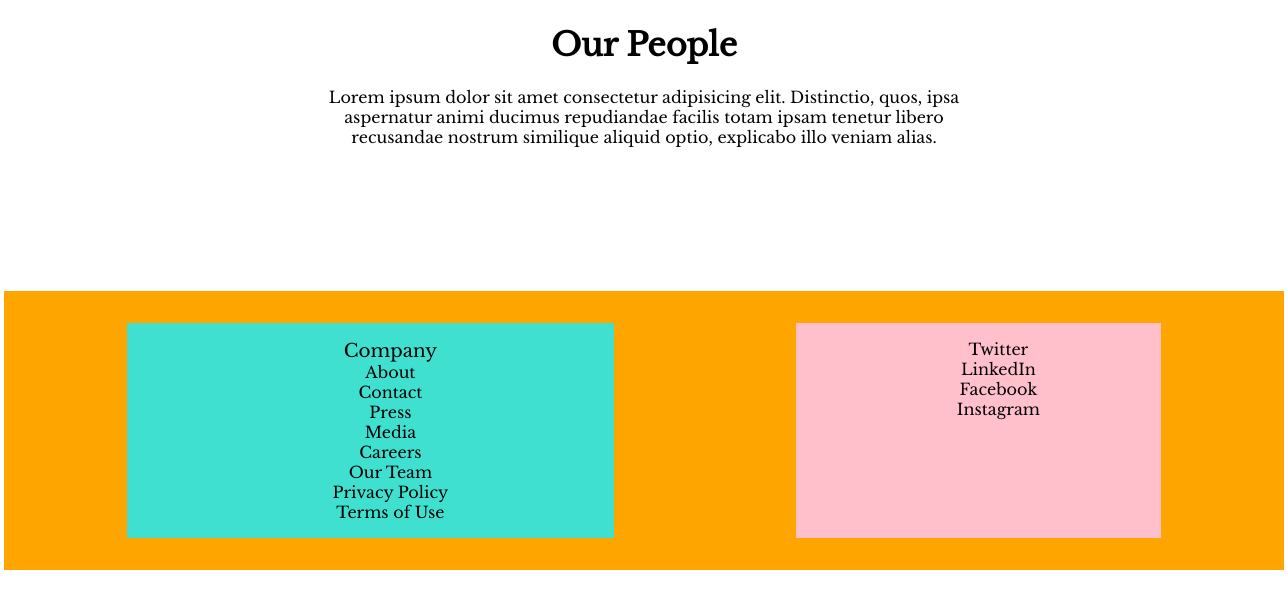
Repository: Tsardines/app
Page: / (app in my-app/)
The author's editor kept a copy of each file at every save. The page is drawn from the files as they stood at one save, then again after the next save.
The browser window is 1280 px wide. The page is 1288 px wide, so the pictures cover 1288 px, including what lies to the right of the window. The pictures show the whole page.
The page's requests for data from a server got no answer. The project was rebuilt for these pictures with package versions that can differ from the ones it lists, and the page was loaded fresh each time. No one was signed in, and anything a server would have sent is missing.

Above is the page before, as saved 2018-11-14 19:12:01.

### my-app/public/index.html
<!DOCTYPE html>
<html lang="en">
  <head>
    <meta charset="utf-8">
    <meta name="viewport" content="width=device-width, initial-scale=1, shrink-to-fit=no">
    <meta name="theme-color" content="#000000">
    <!--
      manifest.json provides metadata used when your web app is added to the
      homescreen on Android. See https://developers.google.com/web/fundamentals/web-app-manifest/
    -->
    <link rel="manifest" href="%PUBLIC_URL%/manifest.json">
    <link href="https://fonts.googleapis.com/css?family=Libre+Baskerville" rel="stylesheet">
    <!--
      Notice the use of %PUBLIC_URL% in the tags above.
      It will be replaced with the URL of the `public` folder during the build.
      Only files inside the `public` folder can be referenced from the HTML.

      Unlike "/favicon.ico" or "favicon.ico", "%PUBLIC_URL%/favicon.ico" will
      work correctly both with client-side routing and a non-root public URL.
      Learn how to configure a non-root public URL by running `npm run build`.
    -->
    <title>React App</title>
  </head>
  <body>
    <noscript>
      You need to enable JavaScript to run this app.
    </noscript>
    <div id="root"></div>
    <!--
      This HTML file is a template.
      If you open it directly in the browser, you will see an empty page.

      You can add webfonts, meta tags, or analytics to this file.
      The build step will place the bundled scripts into the <body> tag.

      To begin the development, run `npm start` or `yarn start`.
      To create a production bundle, use `npm run build` or `yarn build`.
    -->
  </body>
</html>

### my-app/src/index.css
body {
  margin: 0;
  padding: 0;
  font-family: 'Libre Baskerville', serif;
  -webkit-font-smoothing: antialiased;
  -moz-osx-font-smoothing: grayscale;
}

code {
  font-family: source-code-pro, Menlo, Monaco, Consolas, "Courier New",
    monospace;
}

### my-app/src/App.js
import React, { Component } from 'react';

import Footer from './components/Footer.js';
import './App.css';

class App extends Component {
  constructor(props) {
    super(props);

    this.state = {
      items: []
    };
    this.componentWillMount = this.componentWillMount.bind(this);
  }

  componentWillMount() {
    fetch('https://api.myjson.com/bins/vz2rm')
    .then(res => res.json())
    .then(data => {
      this.setState({ items: data });
    });
  }


  render() {

    const { items } = this.state;

    return (
      <div className="App">

      <span className="our-people"><h1>Our People</h1></span>
      <span className="intro"><p>Lorem ipsum dolor sit amet consectetur adipisicing elit. Distinctio, quos, ipsa aspernatur animi ducimus repudiandae facilis totam ipsam tenetur libero recusandae nostrum similique aliquid optio, explicabo illo veniam alias.</p></span>

          { items.map((item, num) => {
              return (

                <div className="people">

                  <div className="elem">
                    <p key={num}>{item.elems}</p>
                  </div>

                    <p key={num}><strong>{item.name}</strong></p>
                    <p key={num}><small>{item.title}</small></p>

                  <div className="hidden">
                    <p key={num}>{item.email}</p>
                    <p key={num}><strong>Office: </strong>{item.office}</p>
                  </div>

                </div>

              );

            })}

            <Footer />

      </div>
    );
  }
}


export default App;

### my-app/src/components/Footer.js
import React from 'react';
import './Footer.css';

const Footer = () => {
  return (

    <div className="footer">

        <div className="left">
            <ul>
                <span className="company"><li>Company</li></span>
                <li>About</li>
                <li>Contact</li>
                <li>Press</li>
                <li>Media</li>
                <li>Careers</li>
                <li>Our Team</li>
                <li>Privacy Policy</li>
                <li>Terms of Use</li>
            </ul>
        </div>

        <div className="right">
            <ul>
                <li>Twitter</li>
                <li>LinkedIn</li>
                <li>Facebook</li>
                <li>Instagram</li>
            </ul>
        </div>

    </div>
  );
}

export default Footer;

### my-app/src/App.css
.App {
  display: flex;
  flex-direction: column;
  flex-flow: row nowrap;
  flex-wrap: wrap;
  max-width: 100%;
  overflow-x: hidden;
  padding: 0.25em;
  text-align: center;
  width: 100%;
}

.our-people {
  text-align: center;
  width: 100%;
}

.intro p {
  margin: auto;
  padding-bottom: 5em;
  width: 50%;
}

.people {
  background-color: #f8f8f8;
  border: 1px solid #f6f6f6;
  height: 22vh;
  margin: 0.5em;
  /* max-height: 22vh;
  max-width: 13vw; */
  /* min-height: 22vh;
  min-width: 13vw; */
  padding: 1.5em;
  text-align: left;
  width: 13vw;
}

.elem {
  font-size: 3.45em;
  margin-bottom: -1em;
  margin-top: -1em;
}

.elem:hover {
  color: #87f0f9;
  transition: 0.2s;
}

.hidden {
  font-size: 0.75em;
  opacity: 0.15;
}

.hidden:hover {
  opacity: 1;
  transition: 0.4s;
}

### my-app/src/components/Footer.css
.footer {
    background-color: orange;
    display: flex;
    justify-content: space-around;
    margin-top: 4em;
    padding: 2em;
    width: 100%;
}

.left ul li, .right ul li {
    list-style-type: none;
}

.left {
    background-color: turquoise;
    float: left;
    width: 40%;
}

.right {
    background-color: pink;
    float: right;
    width: 30%;
}

.company {
    font-size: 1.15em;
}

Loaded but not shown: my-app/src/index.js (common file); my-app/src/serviceWorker.js (common file)

After the next save:
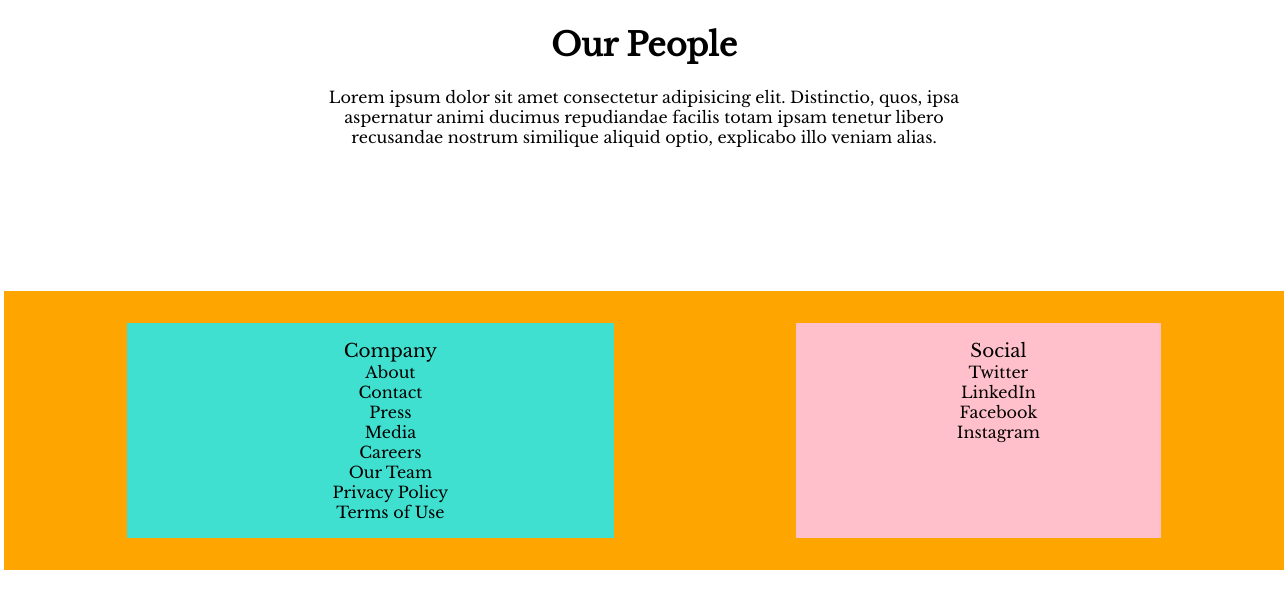
Saved 35 s later.
--- a/my-app/src/components/Footer.js
+++ b/my-app/src/components/Footer.js
@@ -8,7 +8,7 @@ const Footer = () => {
 
         <div className="left">
             <ul>
-                <span className="company"><li>Company</li></span>
+                <span className="footer-title"><li>Company</li></span>
                 <li>About</li>
                 <li>Contact</li>
                 <li>Press</li>
@@ -22,6 +22,7 @@ const Footer = () => {
 
         <div className="right">
             <ul>
+                <span className="footer-title"><li>Social</li></span>
                 <li>Twitter</li>
                 <li>LinkedIn</li>
                 <li>Facebook</li>
--- a/my-app/src/components/Footer.css
+++ b/my-app/src/components/Footer.css
@@ -23,6 +23,6 @@
     width: 30%;
 }
 
-.company {
+.footer-title {
     font-size: 1.15em;
 }
